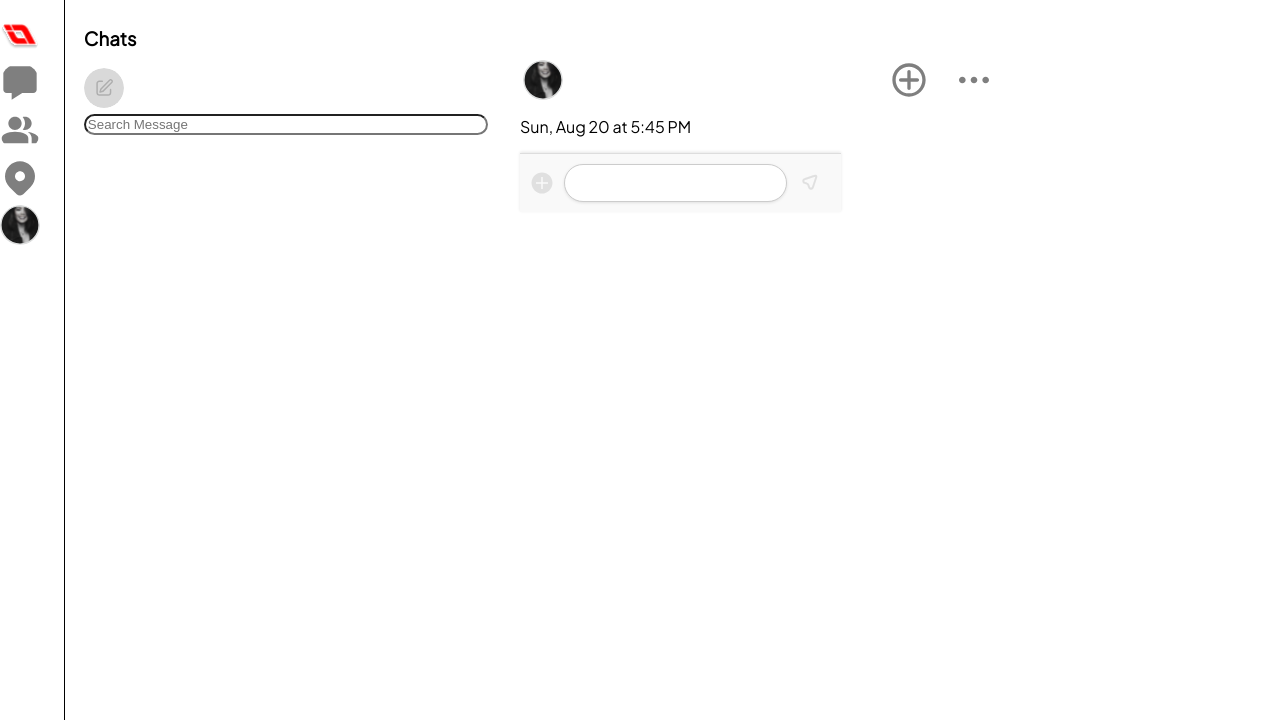
Repository: Nicktacku/LawChat
Page: /homechat (app in frontend/lawchat/)
An editor plug-in stored every save of this project. The page is shown before and after a run of saves, followed by the edit.
The browser window is 1280 px wide. The pictures show the whole page.
The page's requests for data from a server got no answer. The project was rebuilt for these pictures with package versions that can differ from the ones it lists, and the page was loaded fresh each time. No one was signed in, and anything a server would have sent is missing. Also part of the build but not shown: frontend/lawchat/src/styles/button.css, frontend/lawchat/src/components/Button.js, frontend/lawchat/src/pages/Home.js, frontend/lawchat/src/pages/Login.js, frontend/lawchat/src/styles/chatpreview.css, frontend/lawchat/src/components/ChatPreview.js, frontend/lawchat/src/components/ChatBubble.js, frontend/lawchat/src/pages/Test.js.

Above is the page before, as saved 2024-08-16 16:15:24.

### frontend/lawchat/public/index.html
<!DOCTYPE html>
<html lang="en">
  <head>
    <meta charset="utf-8" />
    <link rel="icon" href="%PUBLIC_URL%/favicon.ico" />
    <meta name="viewport" content="width=device-width, initial-scale=1" />
    <meta name="theme-color" content="#000000" />
    <meta
      name="description"
      content="Web site created using create-react-app"
    />
    <link rel="apple-touch-icon" href="%PUBLIC_URL%/logo192.png" />
    <!--
      manifest.json provides metadata used when your web app is installed on a
      user's mobile device or desktop. See https://developers.google.com/web/fundamentals/web-app-manifest/
    -->
    <link rel="manifest" href="%PUBLIC_URL%/manifest.json" />
    <link
      href="https://fonts.googleapis.com/css?family=Plus Jakarta Sans"
      rel="stylesheet"
    />
    <!--
      Notice the use of %PUBLIC_URL% in the tags above.
      It will be replaced with the URL of the `public` folder during the build.
      Only files inside the `public` folder can be referenced from the HTML.

      Unlike "/favicon.ico" or "favicon.ico", "%PUBLIC_URL%/favicon.ico" will
      work correctly both with client-side routing and a non-root public URL.
      Learn how to configure a non-root public URL by running `npm run build`.
    -->
    <title>React App</title>
  </head>
  <body>
    <noscript>You need to enable JavaScript to run this app.</noscript>
    <div id="root"></div>
    <!--
      This HTML file is a template.
      If you open it directly in the browser, you will see an empty page.

      You can add webfonts, meta tags, or analytics to this file.
      The build step will place the bundled scripts into the <body> tag.

      To begin the development, run `npm start` or `yarn start`.
      To create a production bundle, use `npm run build` or `yarn build`.
    -->
  </body>
</html>

### frontend/lawchat/src/App.js
import Home from "./pages/Home.js";
import Login from "./pages/Login.js";
import HomeChat from "./pages/HomeChat.js";

import {
  createBrowserRouter,
  createRoutesFromElements,
  Route,
  RouterProvider,
} from "react-router-dom";
import Test from "./pages/Test.js";

const router = createBrowserRouter(
  createRoutesFromElements(
    <Route path="/">
      <Route index element={<Home />} />
      <Route path="/login" element={<Login />} />
      <Route path="/homechat" element={<HomeChat />} />
      <Route path="/test" element={<Test />} />
    </Route>
  )
);

function App() {
  return (
    <div className="App">
      {/* <Login /> */}
      <RouterProvider router={router} />
    </div>
  );
}

export default App;

### frontend/lawchat/src/pages/HomeChat.js
import React, { useEffect, useState } from "react";
import axios from "axios";

import logo from "../images/logo.svg";
import chaticon from "../images/chaticon.svg";
import friendsicon from "../images/friendsicon.svg";
import locationicon from "../images/locationicon.svg";
import personaldp from "../images/personaldp.svg";

import newchaticon from "../images/newchaticon.svg";
import ChatPreview from "../components/ChatPreview";
import addicon from "../images/addicon.svg";
import tripledoticon from "../images/tripledoticon.svg";
import ChatBubble from "../components/ChatBubble";
import attachicon from "../images/attachicon.svg";
import sendicon from "../images/sendicon.svg";
import "../styles/homechat.css";

const HomeChat = () => {
  const [loading, setLoading] = useState(false);
  const [gcs, setGcs] = useState([]);
  const [userNames, setUserNames] = useState({});
  const [typedChat, setTypedChat] = useState("");
  const [currentGc, setCurrentGc] = useState("66bdc4c92b6710e2a4cfd866");
  const [showModal, setShowModal] = useState(false);

  useEffect(() => {
    setLoading(true);
    axios
      .get("http://localhost:5555/gc")
      .then((response) => {
        setGcs(response.data);
        fetchUserNames(response.data);
      })
      .catch((err) => {
        console.log("in chats", err);
        setLoading(false);
      });
  }, [gcs]);

  const fetchUserNames = async (gcs) => {
    const userIds = [
      ...new Set(gcs.flatMap((gc) => gc.chats.map((chat) => chat.sender))),
    ];

    const userPromises = userIds.map((id) =>
      axios
        .get(`http://localhost:5555/users/${id}`)
        .then((response) => ({
          id,
          name: response.data.name,
        }))
        .catch((error) => {
          console.error(`Error fetching user ${id}:`, error);
          return { id, name: null }; // or handle differently
        })
    );

    const userData = await Promise.all(userPromises);
    const userNameMap = userData.reduce((acc, user) => {
      acc[user.id] = user.name || "Unknown User"; // Fallback if name is missing
      return acc;
    }, {});

    setUserNames(userNameMap);
    setLoading(false);
  };

  const sendChat = async (message, sender) => {
    const now = new Date();
    const newChat = {
      message: message,
      sender: sender,
      time: now.toLocaleTimeString(),
      is_owner: true,
    };
    await axios
      .post(`http://localhost:5555/gc/chat/send/${currentGc}`, newChat)
      .then((response) => {
        console.log(response);
      })
      .catch(function (error) {
        console.log(error);
      });

    setTypedChat("");
  };

  const handleChange = (e) => {
    setTypedChat(e.target.value);
  };

  const handleCurrentGc = (gcId) => {
    setCurrentGc(gcId);
    console.log(gcId);
  };

  return (
    <div className="container">
      <div className="sidebar">
        <img src={logo} className="img" alt="Logo" /> <br />
        <img src={chaticon} className="img" alt="Chat Icon" /> <br />
        <img src={friendsicon} className="img" alt="Friends Icon" /> <br />
        <img src={locationicon} className="img" alt="Location Icon" /> <br />
        <img src={personaldp} className="img" alt="Personal DP" /> <br />
      </div>
      <div className="chats">
        <h3 className="h3">
          <b>Chats</b>
        </h3>
        <img src={newchaticon} alt="New Chat Icon" />
        <div
          id="myModal"
          class="modal"
          style={showModal ? { display: "block" } : { display: "none" }}
        >
          <div class="modal-content">
            <span class="close">&times;</span>
            <p>Some text in the Modal..</p>
          </div>
        </div>
        <form>
          <input type="text" placeholder="Search Message" className="search" />
        </form>
        {gcs.map((gc) => (
          <>
            <div
              onClick={() => handleCurrentGc(gc._id)}
              className="chat-previews"
            >
              <ChatPreview
                key={gc._id}
                name={gc.name}
                preview={gc.chats.message}
              />
            </div>
            <button>delete</button>
          </>
        ))}
      </div>
      <div className="chat">
        <div className="chat-bar">
          <img src={personaldp} className="chat-image" alt="Chat Image" />
          <h3 className="chat-name">
            {gcs.map((gc) => (currentGc === gc._id ? gc.name : <></>))}
          </h3>
          <img src={addicon} className="chat-add" alt="Add Icon" />
          <img src={tripledoticon} className="chat-menu" alt="Menu Icon" />
        </div>
        <span className="chat-content">
          <p>Sun, Aug 20 at 5:45 PM</p>
          {gcs.map((gc) =>
            currentGc === gc._id ? (
              gc.chats.map((chat) => (
                <ChatBubble
                  key={chat.id}
                  name={userNames[chat.sender] || chat.sender}
                  message={chat.message}
                  className="chat-content"
                />
              ))
            ) : (
              <></>
            )
          )}
        </span>
        <div className="chatbox">
          <img src={attachicon} alt="Attach Icon" />
          <form>
            <input
              type="text"
              onChange={handleChange}
              value={typedChat}
              placeholder=""
            />
            <img
              src={sendicon}
              onClick={() => sendChat(typedChat, "66bd6a69b21a0789dbf1601f")}
              alt="Send Icon"
            />
          </form>
        </div>
      </div>
    </div>
  );
};

export default HomeChat;

### frontend/lawchat/src/styles/home.css
body {
    font-family: 'Plus Jakarta Sans';
}

.body {
    padding-left: 5%;
    padding-right: 5%;
}

.navbar {
    overflow: hidden;
    border-bottom: 1px solid rgba(129, 133, 137, 0.3);
    padding-left: 3%;
    padding-right: 3%;
}



.nav-list {
    list-style-type: none;
    margin: 0;
    padding: 0;
    text-align: center;
}

.nav-item {
    float: right;
    padding: 2vh;
}

.logo{
    overflow: hidden;
    float:left;
}

.body-content {
    width: 40%;
    float: left;
    justify-content: center;
}

.body-image {
    width: 60%;
    float: right;
}

.h1{
    font-size: 18vh;
    margin-top: 30%;
}

.p {
    font-size: 5vh;
    color: gray;
}

.stores {
    justify-content: space-around;
}

.body-image {
    position: relative;
}

/* .body-image-content {
    position: absolute;
    width: 100px;
    height: 100px;
    border: 1px solid red;
} */

### frontend/lawchat/src/styles/homechat.css
.sidebar {
    height: 100%;
    width: 5%;
    position: fixed;
    top: 0;
    left: 0;
    overflow-x: hidden;
    padding-top: 16px;
    border-right: 1px solid black;
    /* justify-content: center; */
    /* align-items: center; */
  }

.chat {
    margin-left: 40%;
    position: absolute;
    top: 0%;
}

.chats {
    margin-left: 6%
}

.img{
    width: 9vh;
    padding-bottom: 5%;
  }

.search {
    border-radius: 30px;
    width: 55vh
}

.chat-bar{
  margin-top: 20%;
  display:flex;
  justify-content: space-around;
}

.chat-image{
  margin-left: 1%;
}

.chat-name{
  margin-left: 5%;
}

.chat-add{
  margin-left: 100%;
}

.chat-menu{
  margin-left: 5%;
}

.chatbox {
  display: flex;
  align-items: center;
  padding: 10px;
  background-color: #f9f9f9;
  border-top: 1px solid #ddd;
  box-shadow: 0px -1px 3px rgba(0, 0, 0, 0.1);
  width: 100%;
}

.chatbox img {
  width: 24px;
  height: 24px;
  cursor: pointer;
  margin-right: 10px;
}

.chatbox form {
  display: flex;
  align-items: center;
  flex-grow: 1;
}

.chatbox input[type="text"] {
  flex-grow: 1;
  padding: 10px;
  border-radius: 20px;
  border: 1px solid #ccc;
  outline: none;
  font-family: Arial, sans-serif;
  font-size: 14px;
  background-color: #fff;
  box-shadow: 0px 1px 3px rgba(0, 0, 0, 0.1);
  margin-right: 10px;
}

.chatbox input[type="text"]::placeholder {
  color: #aaa;
}

.chatbox button {
  background: none;
  border: none;
  cursor: pointer;
}

.chatbox button img {
  width: 24px;
  height: 24px;
}

.chatbox input[type="text"]:focus {
  border-color: #007bff;
  box-shadow: 0px 0px 5px rgba(0, 123, 255, 0.5);
}

.chat-previews{
  cursor: pointer;
}

/* The Modal (background) */
.modal {
  display: none; /* Hidden by default */
  position: fixed; /* Stay in place */
  z-index: 1; /* Sit on top */
  left: 0;
  top: 0;
  width: 100%; /* Full width */
  height: 100%; /* Full height */
  overflow: auto; /* Enable scroll if needed */
  background-color: rgb(0,0,0); /* Fallback color */
  background-color: rgba(0,0,0,0.4); /* Black w/ opacity */
}

/* Modal Content/Box */
.modal-content {
  background-color: #fefefe;
  margin: 15% auto; /* 15% from the top and centered */
  padding: 20px;
  border: 1px solid #888;
  width: 80%; /* Could be more or less, depending on screen size */
}

/* The Close Button */
.close {
  color: #aaa;
  float: right;
  font-size: 28px;
  font-weight: bold;
}

.close:hover,
.close:focus {
  color: black;
  text-decoration: none;
  cursor: pointer;
}

### frontend/lawchat/src/styles/chatbubble.css
.container {
  display: flex;
  align-items: flex-start; /* Aligns the profile image and text container at the top */
  margin-bottom: 10px;
}

.container img {
  width: 40px;
  height: 40px;
  border-radius: 50%;
  margin-right: 10px;
  flex-shrink: 0; /* Prevents the image from shrinking */
}

.message-wrapper {
  display: flex;
  flex-direction: column; /* Stacks the sender name and message vertically */
  max-width: 80%; /* Limits the width of the chat message */
}

.sender-name {
  font-size: 12px;
  color: #555;
  margin-bottom: 3px;
  font-weight: bold;
}

.chat-message {
  background-color: #f0f0f0;
  color: #333;
  padding: 10px 15px;
  border-radius: 15px;
  font-family: Arial, sans-serif;
  font-size: 14px;
  line-height: 1.5;
  box-shadow: 0px 1px 3px rgba(0, 0, 0, 0.1);
  position: relative;
  word-wrap: break-word; /* Ensures long words break onto the next line */
}

.chat-message::before {
  content: "";
  position: absolute;
  top: 10px;
  left: -10px;
  width: 0;
  height: 0;
  border-top: 10px solid transparent;
  border-bottom: 10px solid transparent;
  border-right: 10px solid #f0f0f0;
}

Loaded but not shown: frontend/lawchat/src/index.js (common file)

After the next 2 saves:
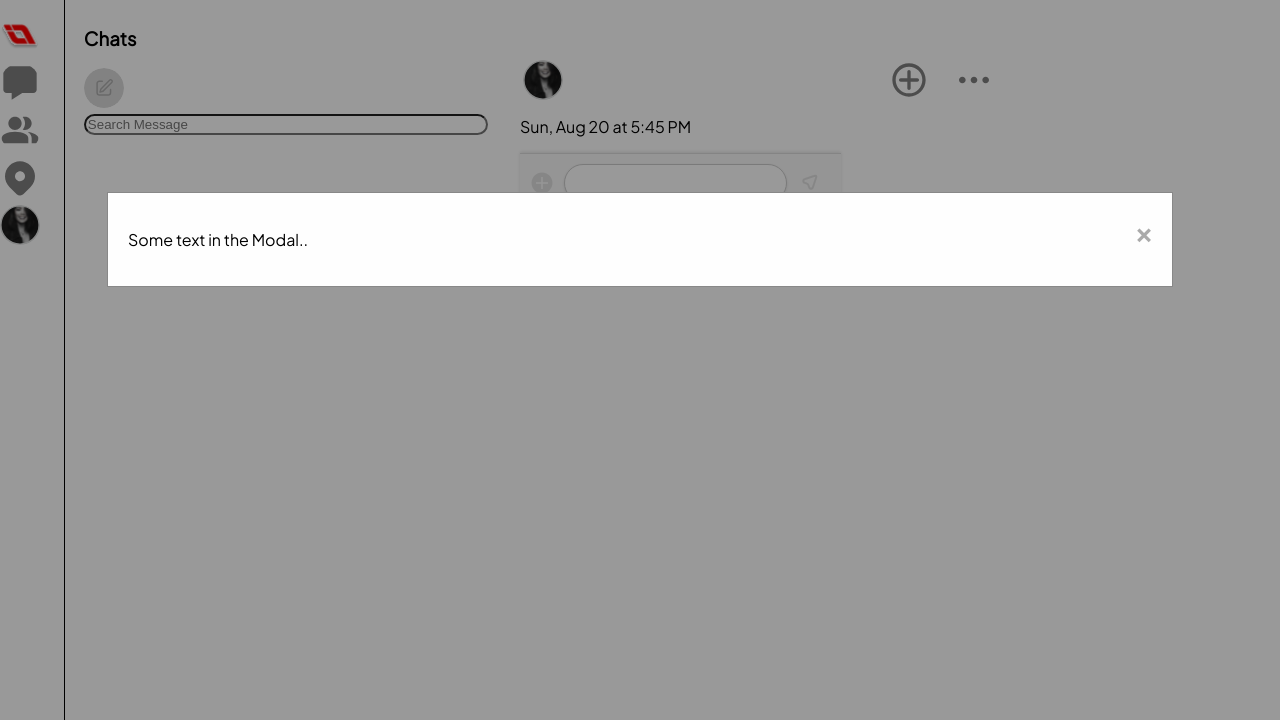
The 2 saves are shown as one change because they came seconds apart.
The last was saved 17 s later.
--- a/frontend/lawchat/src/pages/HomeChat.js
+++ b/frontend/lawchat/src/pages/HomeChat.js
@@ -112,7 +112,7 @@ const HomeChat = () => {
         <div
           id="myModal"
           class="modal"
-          style={showModal ? { display: "block" } : { display: "none" }}
+          style={!showModal ? { display: "block" } : { display: "none" }}
         >
           <div class="modal-content">
             <span class="close">&times;</span>
